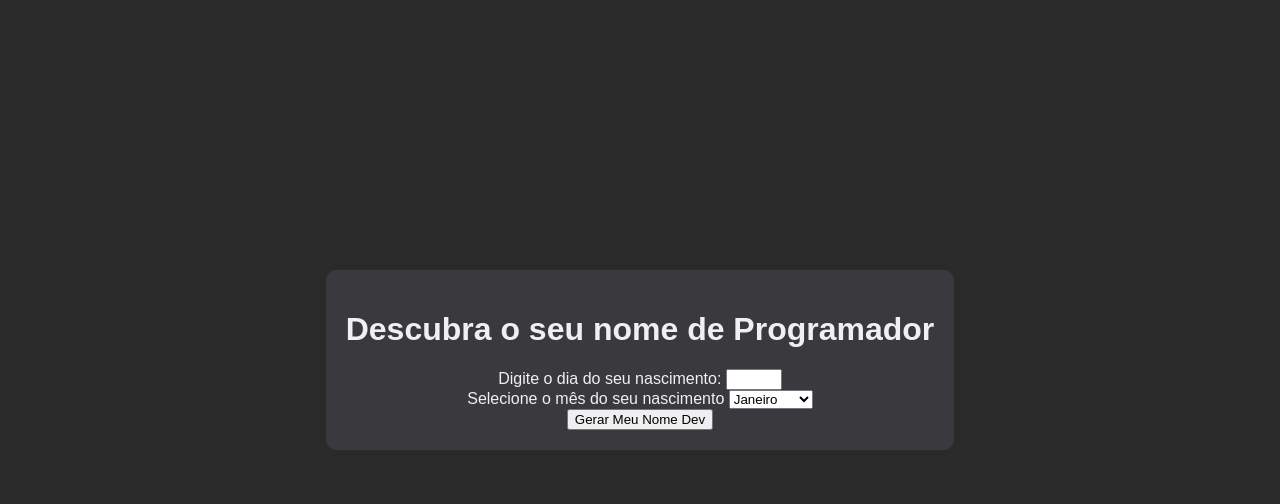
Repository: analessp/seu-nome-dev
Page: index.html
An editor plug-in stored every save of this project. The page is shown before and after a run of saves, followed by the edit.
The browser window is 1280 px wide. The pictures show the whole page.

Above is the page before, as saved 2025-05-13 10:49:33.

### index.html
<!DOCTYPE html>
<html lang="pt-BR">
<head>
    <meta charset="UTF-8">
    <meta name="viewport" content="width=device-width, initial-scale=1.0">
    <title>Seu Nome Dev</title>
    <link rel="stylesheet" href="styles.css">
</head>
<body>
    <div class="container">
        <h1>Descubra o seu nome de Programador</h1>
        <div class="form-group">
            <label for="dia">Digite o dia do seu nascimento:</label>
            <input type="number" id="dia" min="1" max="31">
        </div>
        <div class="form-group">
            <label for="mes">Selecione o mês do seu nascimento</label>
            <select id="mes">
                <option value="1">Janeiro</option>
                <option value="2">Fevereiro</option>
                <option value="3">Março</option>
                <option value="4">Abril</option>
                <option value="5">Maio</option>
                <option value="6">Junho</option>
                <option value="7">Julho</option>
                <option value="8">Agosto</option>
                <option value="9">Setembro</option>
                <option value="10">Outubro</option>
                <option value="11">Novembro</option>
                <option value="12">Dezembro</option>
            </select>
        </div>
        <button onclick="gerarNomeDev()">Gerar Meu Nome Dev</button>
        <div class="resultado" id="resultado"></div>
    </div>
    <script src="app.js"></script>
</body>
</html>

### styles.css
body {
    background-color: #2a2a2a;
    color: #f0f0f0;
    font-family: "Nunito", sans-serif;
    display: flex;
    justify-content: center;
    align-items: center;
    height: 100vh;
    margin: 0;
}

.container {
    background-color: #3a3a3e;
    padding: 20px;
    border-radius: 10px;
    box-shadow: 0px 5px 15px rgba(0, 0, 0, 0.3s);
    text-align: center;
}

.form-group

Loaded but not shown: app.js (no copy from this time; the picture is the same without it)

After the next 3 saves:
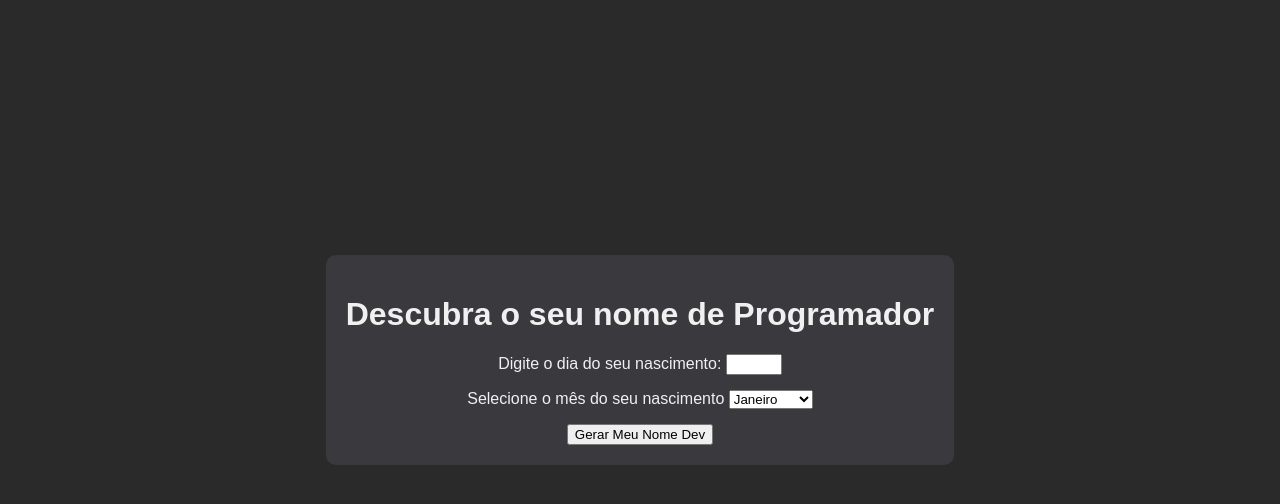
The 3 saves are shown as one change because they came seconds apart.
The last was saved 9 s later.
--- a/styles.css
+++ b/styles.css
@@ -17,4 +17,6 @@ body {
     text-align: center;
 }
 
-.form-group
+.form-group {
+    margin-bottom: 15px;
+}
